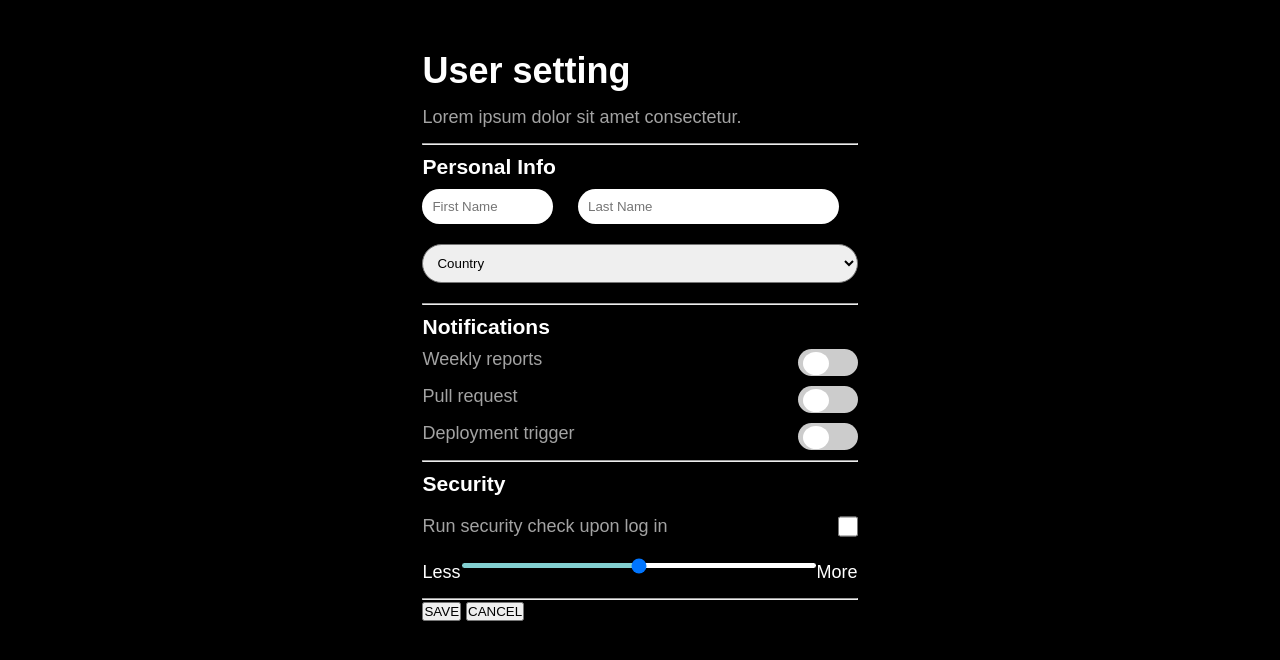
Repository: imokha01/DOM
Page: index.html
An editor plug-in stored every save of this project. The page is shown before and after a run of saves, followed by the edit.
The browser window is 1280 px wide. The pictures show the whole page.

Above is the page before, as saved 2023-12-21 10:22:01.
Console error: TypeError: Cannot set properties of null (setting 'oninput')

After the next 2 saves:
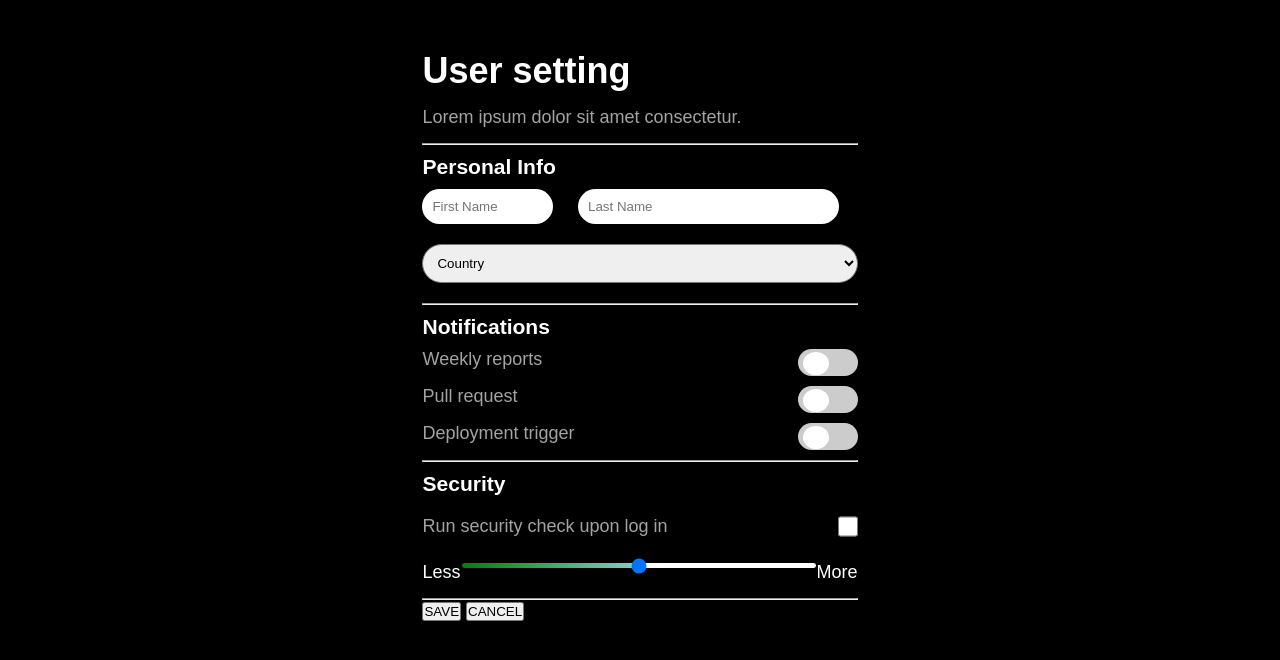
The 2 saves are shown as one change because they came seconds apart.
The last was saved 19 s later.
--- a/index.css
+++ b/index.css
@@ -90,7 +90,7 @@ select {
 
   #range {
     width: 280px;
-    background: linear-gradient(to right, #82CFD0 0%, #82CFD0 50%, #fff 50%, #fff 100%);
+    background: linear-gradient(to right, green 0%, #82CFD0 50%, #fff 50%, #fff 100%);
     border: solid 1px black;
     border-radius: 8px;
     height: 7px;
